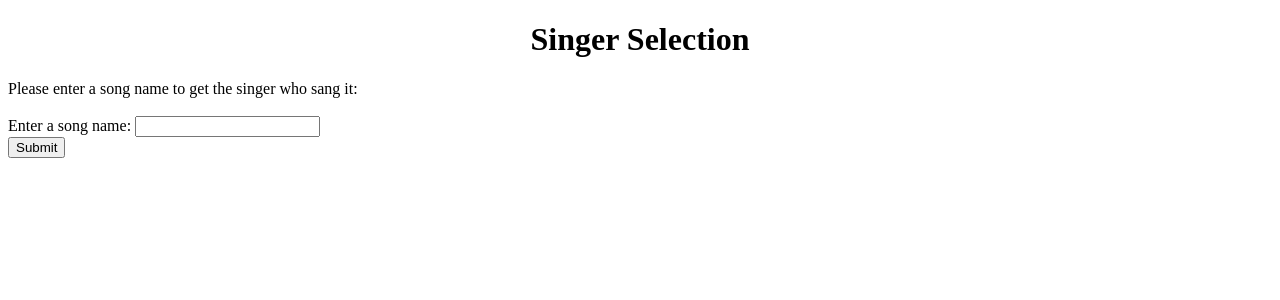
Repository: weshayutin/java258Online
Page: workspace/Exam1/WebContent/form.html
The author's editor kept a copy of each file at every save. The page is drawn from the files as they stood at one save, then again after the next save.
The browser window is 1280 px wide. The pictures show the whole page.

Above is the page before, as saved 2011-02-26 18:19:43.

### workspace/Exam1/WebContent/form.html
<!DOCTYPE html PUBLIC "-//W3C//DTD HTML 4.01 Transitional//EN" "http://www.w3.org/TR/html4/loose.dtd">
<html>
<head>
<meta http-equiv="Content-Type" content="text/html; charset=UTF-8">
<title>Singer Selection</title>
<h1 align="center">Singer Selection</h1>
</head>
<body>
Please enter a song name to get the singer who sang it:
<br><br>
<form method="POST" action="singer.do">
Enter a song name:
<input type="text" name"songname"/>
<br>
<input type="submit"/>
</form>

</body>
</html>

After the next save:
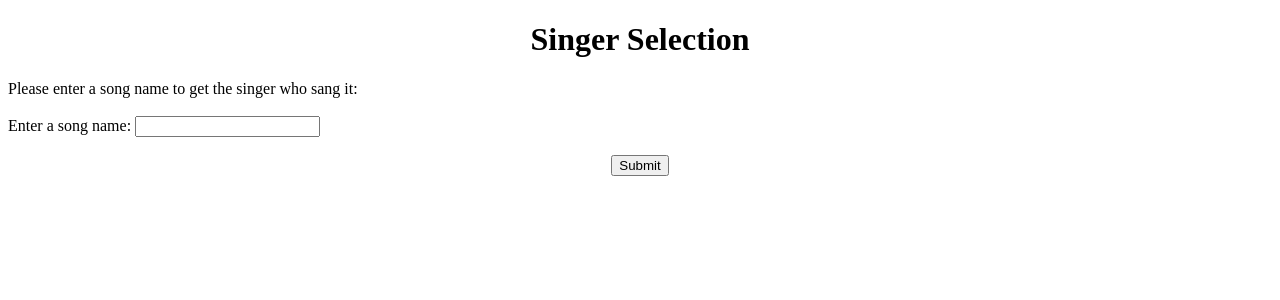
Saved 71 s later.
--- a/workspace/Exam1/WebContent/form.html
+++ b/workspace/Exam1/WebContent/form.html
@@ -11,8 +11,10 @@
 <form method="POST" action="singer.do">
 Enter a song name:
 <input type="text" name"songname"/>
-<br>
+<br><br>
+<center>
 <input type="submit"/>
+</center>
 </form>
 
 </body>
